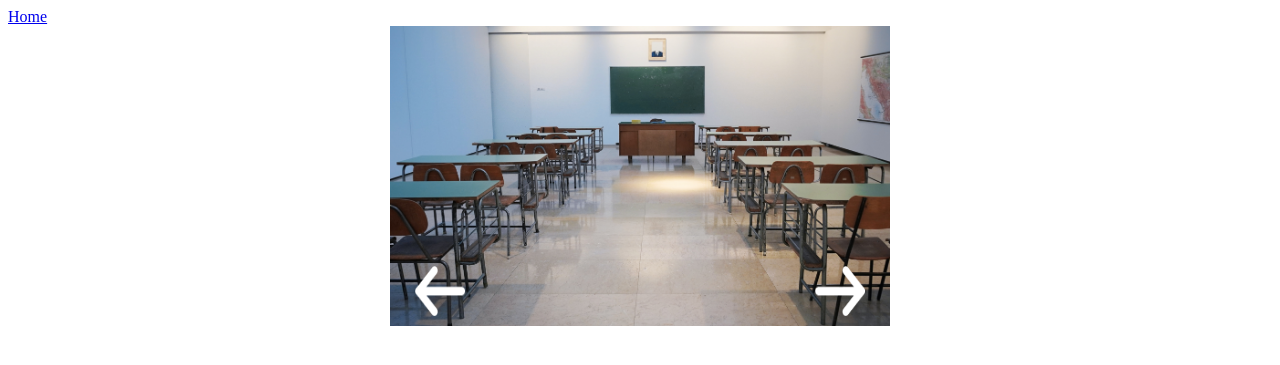
Repository: jjennbui/class8
Page: /carouselPage
These files come from the project's save history. The page is drawn as it stood at one moment and after the next save; the edit follows.
The browser window is 1280 px wide. The pictures show the whole page.
The project was rebuilt for these pictures with package versions that can differ from the ones it lists, and the page was loaded fresh each time. The framework's server and built-in components were replaced by stand-ins that run in the browser. Also part of the build but not shown: next.config.js.

Above is the page before, as saved 2023-02-20 18:27:15.

After the next save:
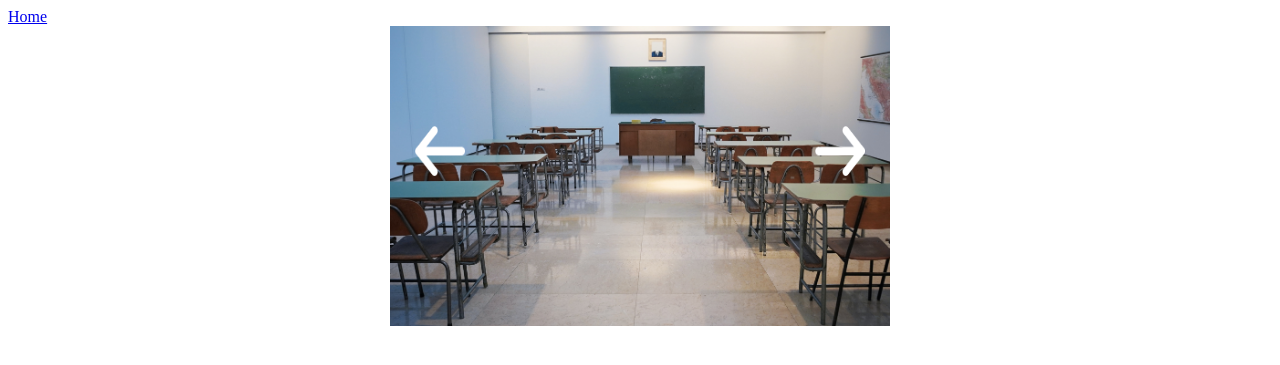
Saved 6 s later.
--- a/components/carousel/carousel.module.css
+++ b/components/carousel/carousel.module.css
@@ -2,7 +2,7 @@
     display: flex;
     justify-content: center;
     position: relative;
-    top: 240px;
+    top: 100px;
     gap: 350px;
 
 }
